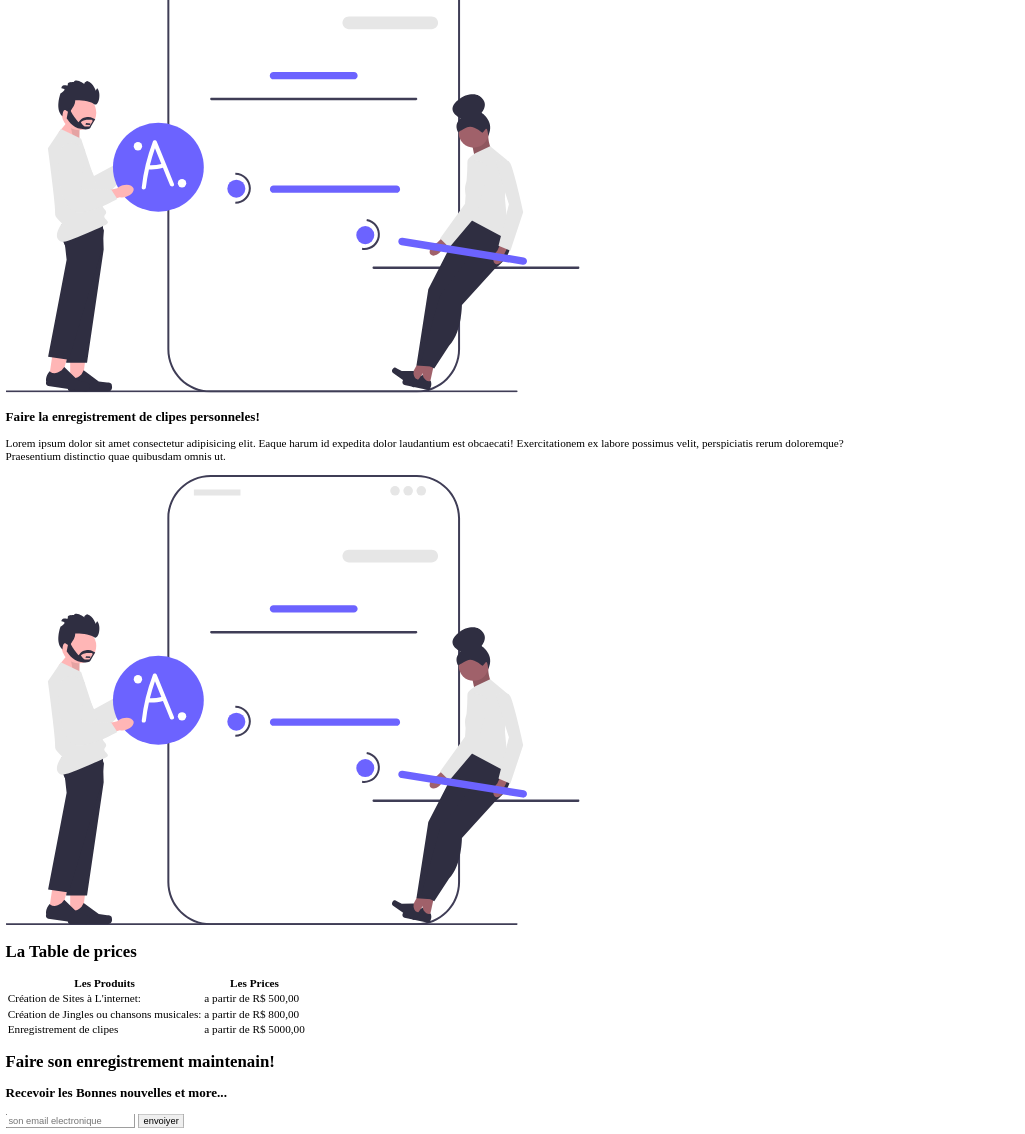
Repository: MarcioFreitasUFSC21/Proejct00
Page: ExampleSite/Assets/index2.html
An editor plug-in stored every save of this project. The page is shown before and after a run of saves, followed by the edit.
The browser window is 1280 px wide. The page is 1464 px wide, so the pictures cover 1464 px, including what lies to the right of the window. The pictures show the part of the page from y = 2087 to 3767 px (the page is 3707 px tall before and 3767 px after), at 70% of full size.

Above is the page before, as saved 2023-03-18 18:13:06.

After the next 4 saves:
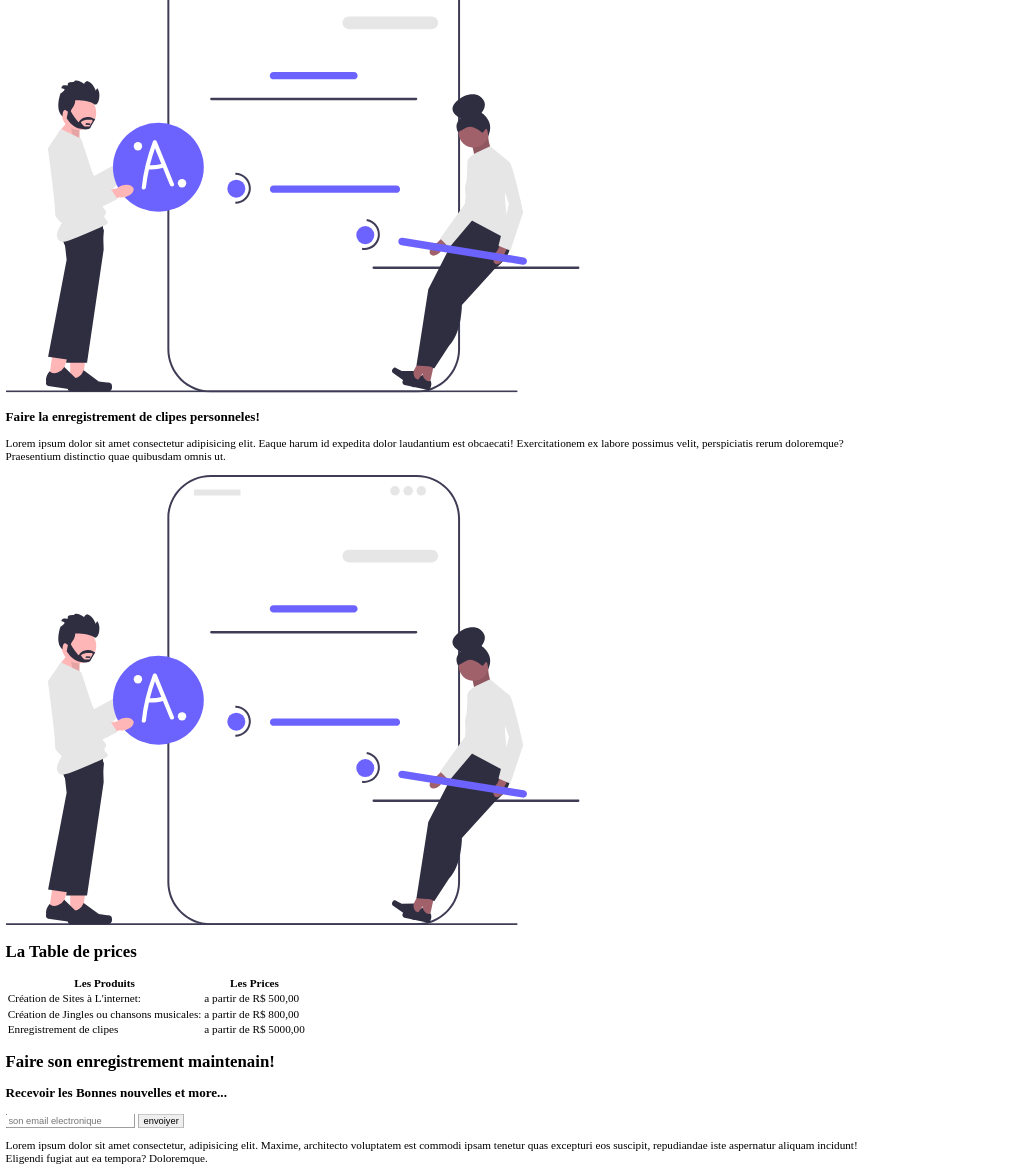
The 4 saves are shown as one change because they came seconds apart.
The last was saved 20 s later.
--- a/ExampleSite/Assets/index2.html
+++ b/ExampleSite/Assets/index2.html
@@ -96,7 +96,7 @@
         </form>
     </section>
     <footer>
-
+        <p> Lorem ipsum dolor sit amet consectetur, adipisicing elit. Maxime, architecto voluptatem est commodi ipsam tenetur quas excepturi eos suscipit, repudiandae iste aspernatur aliquam incidunt! Eligendi fugiat aut ea tempora? Doloremque.</p>
     </footer>
 </body>
 </html>
